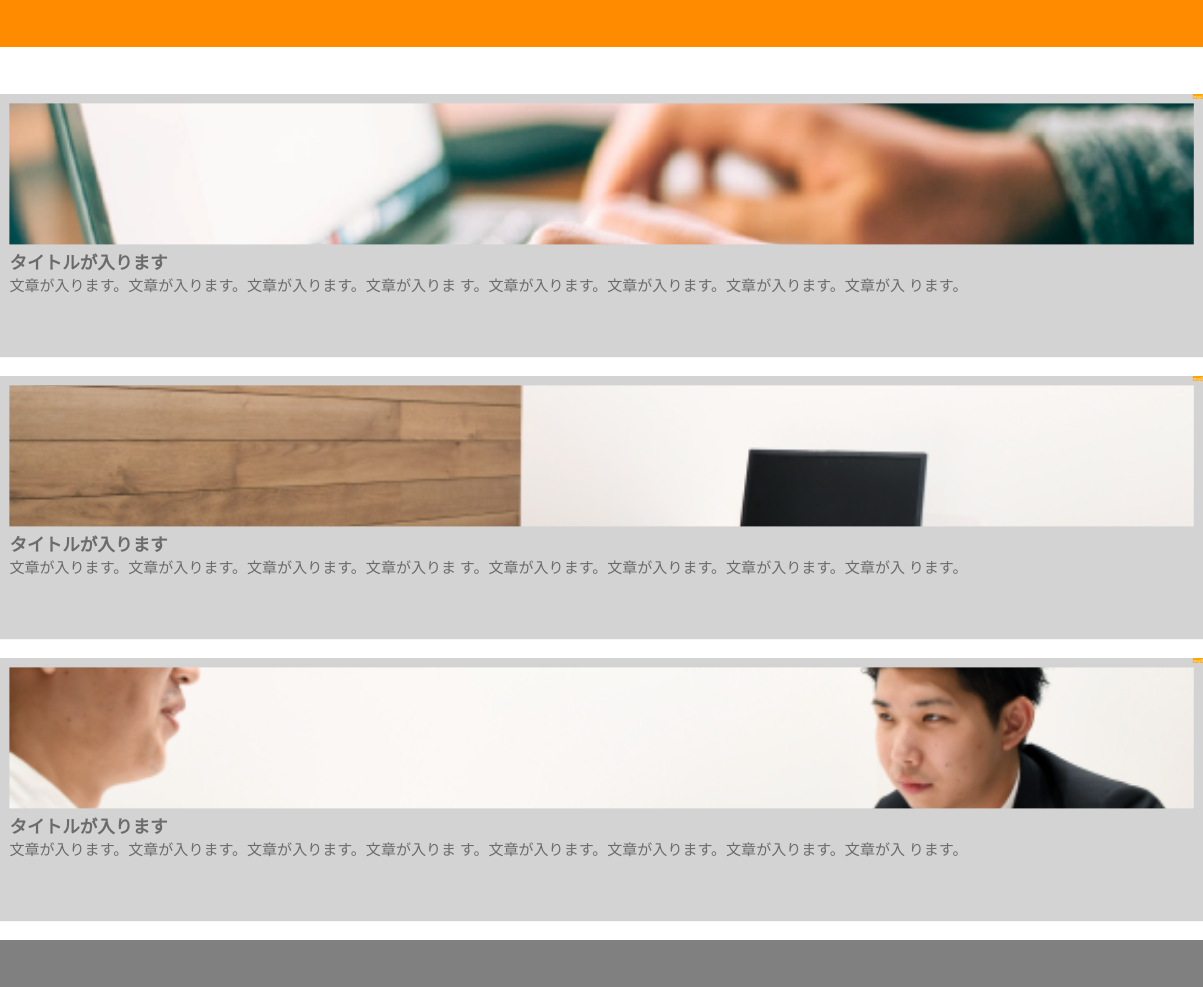
Repository: 220416/kadai1
Page: html/responsive.html
The author's editor kept a record of every edit. The page is drawn from the files as they stood at one moment, then again after the next edit.
The browser window is 1280 px wide. The pictures show the whole page, at 94% of full size.

Above is the page before.

### html/responsive.html
<!DOCTYPE html>
<html lang="ja">
  <head>
    <meta charset="UTF-8" />
    <meta name="viewport" content="width=device-width,initial-scale=1.0">
    <link rel="stylesheet" href="responsive.css" />
    <title>Responsive</title>
  </head>

  <body>
    <div class="container">
    <header></header>

    <main>
    <div class="main-visual">
      <img class="image" src="img/flow01.png">
      <p class="step"> step1 </p>
      <div class="main-visual-content">
        <h3 class ="ain-visual-text">タイトルが入ります</h3>
        <p class="main-visual-text">文章が入ります。文章が入ります。文章が入ります。文章が入りま
        す。文章が入ります。文章が入ります。文章が入ります。文章が入
        ります。</p>
      </div>
    </div>

    <div class="main-visual">
      <img class="image" src="img/flow02.png">
      <p class="step"> step2 </p>
      <div class="main-visual-content">
        <h3 class ="ain-visual-text">タイトルが入ります</h3>
        <p class="main-visual-text">文章が入ります。文章が入ります。文章が入ります。文章が入りま
        す。文章が入ります。文章が入ります。文章が入ります。文章が入
        ります。</p>
      </div>
    </div>

    <div class="main-visual">
      <img class="image" src="img/flow03.png">
      <p class="step"> step3 </p>
      <div class="main-visual-content">
        <h3 class ="ain-visual-text">タイトルが入ります</h3>
        <p class="main-visual-text">文章が入ります。文章が入ります。文章が入ります。文章が入りま
        す。文章が入ります。文章が入ります。文章が入ります。文章が入
        ります。</p>
      </div>
    </div>

    </main>

    <footer></footer>
    </div>
  </body>
</html>

### html/responsive.css
* {
  margin: 0;
  padding: 0;
  box-sizing: border-box;
  color: #6c6b6b;
}

a{
  text-decoration: none;
}

@media screen and (max-width:425px){
 header{
   width:100%;
 }
}

header{
  height: 50px;
  width:100%;
  background-color:#ff8c00;
}

main{
  width:100%;
  padding: 50px 0;
  display: inline-block;
  justify-content:center;
  text-align: left;
}

.main-visual{
  display: inline-block;
  height: 280px;
  width: 100%;
  padding:10px 10px;
  margin-bottom: 20px;
  background-color:#d3d3d3;
  position:relative;
}

.main-visual-text{
  flex-wrap:wrap;
}
.image{
    object-fit: cover;
    width:100%;
    height: 150px;
}

.step{
  position:absolute;
  top:0px;
  right:0px;
  font-size:5px;
  color: #fff;
  background-color:orange;
}

.container {
      position: relative;
      box-sizing: border-box;
}

footer {
      height: 50px;
      width: 100%;
      position: absolute;
      bottom: 0;
      background-color: grey;

}

After the next edit:
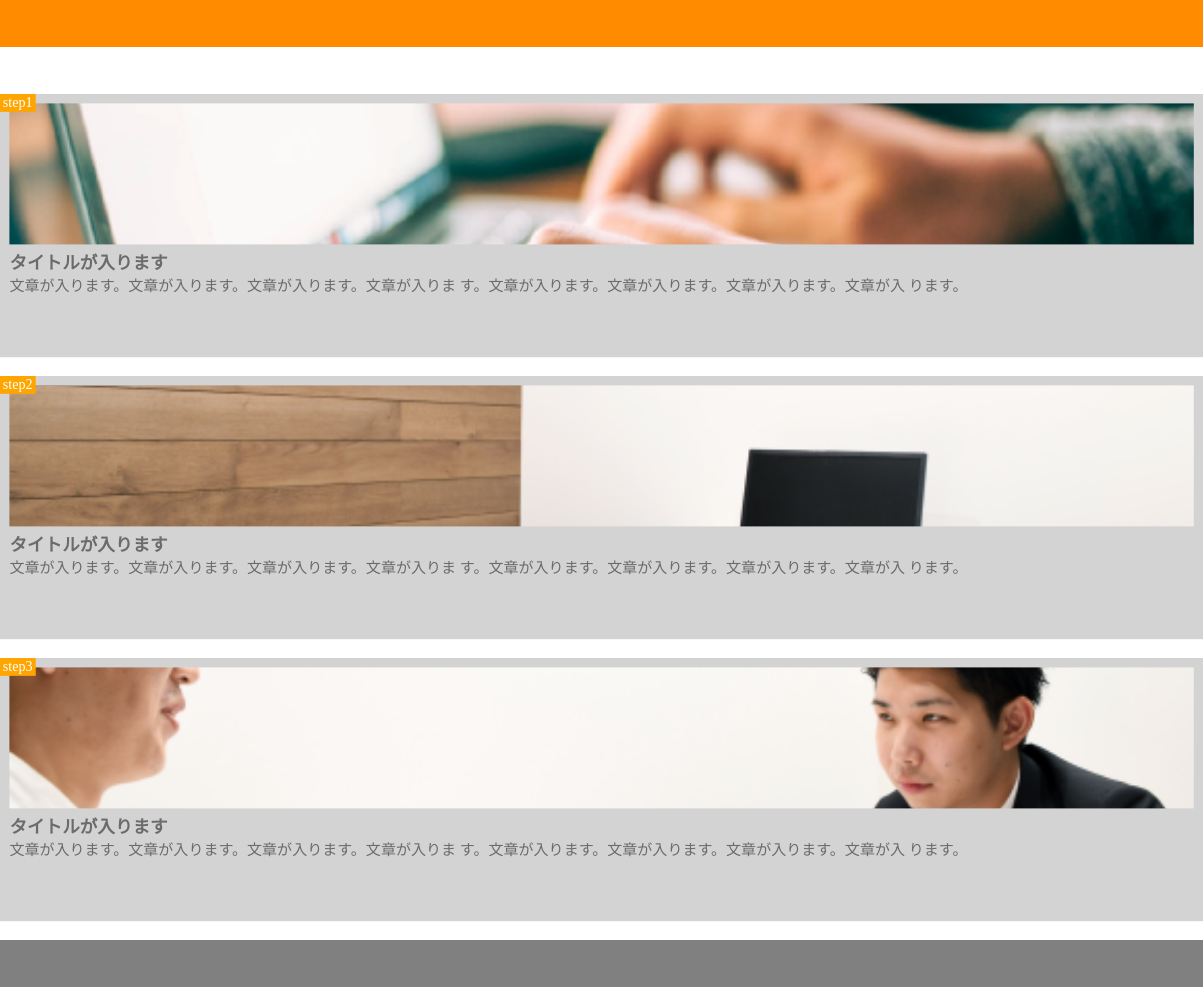
The edit:
--- a/html/responsive.css
+++ b/html/responsive.css
@@ -51,8 +51,9 @@
 .step{
   position:absolute;
   top:0px;
-  right:0px;
-  font-size:5px;
+  left:0px;
+  padding: 1px 3px;
+  font-size:15px;
   color: #fff;
   background-color:orange;
 }
